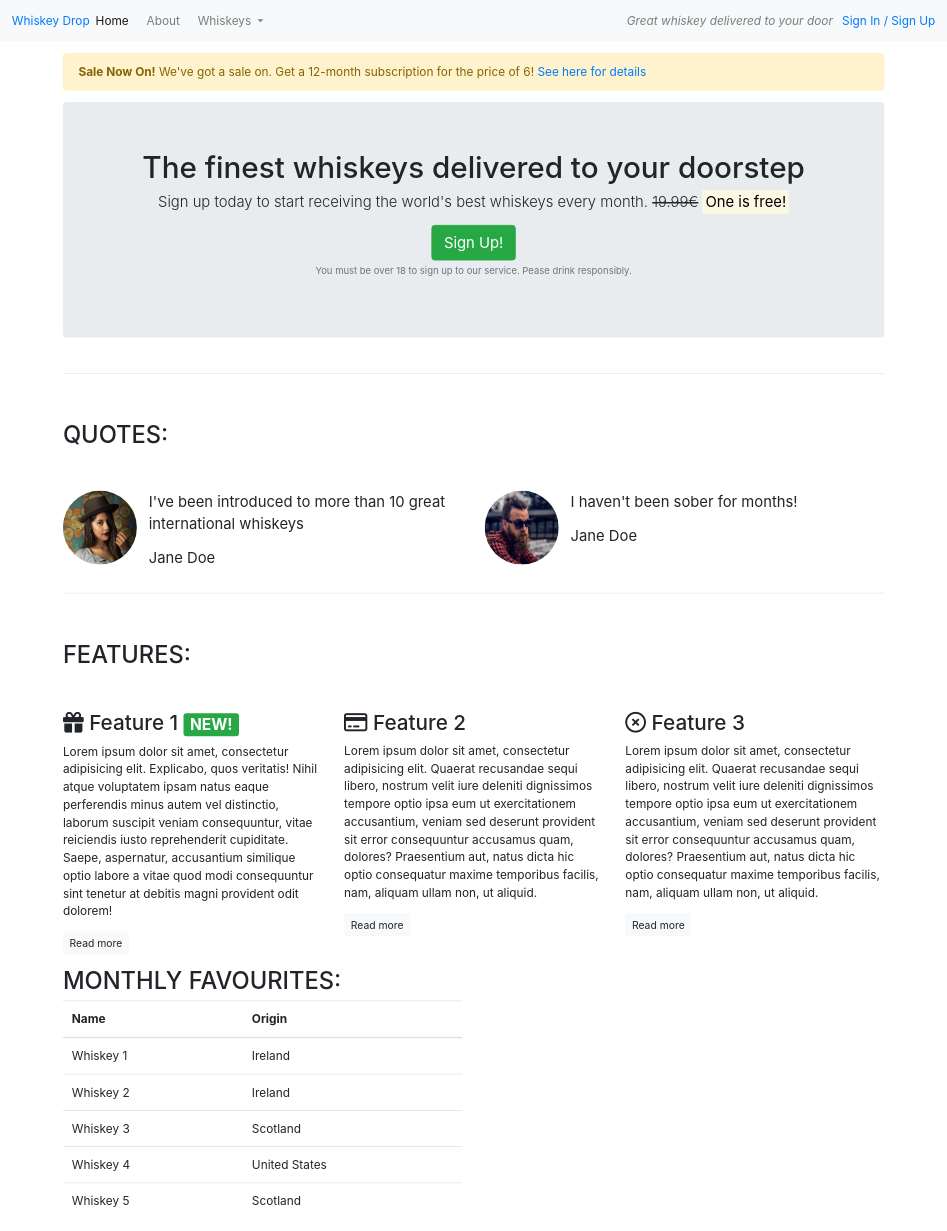
Repository: Sarani1612/whiskey-drop
Page: index.html
The author's editor kept a record of every edit. The page is drawn from the files as they stood at one moment, then again after the next edit.
The browser window is 1280 px wide. The pictures show the whole page, at 74% of full size.
Some web libraries are served in a nearby version.

Above is the page before.
Console error: TypeError: Cannot read properties of undefined (reading 'fn')

### index.html
<!DOCTYPE html>
<html lang="en">

<head>
    <meta charset="UTF-8">
    <meta name="viewport" content="width=device-width, initial-scale=1.0">
    <meta http-equiv="X-UA-Compatible" content="ie=edge">
    <link rel="stylesheet" href="https://stackpath.bootstrapcdn.com/bootstrap/4.3.1/css/bootstrap.min.css" integrity="sha384-ggOyR0iXCbMQv3Xipma34MD+dH/1fQ784/j6cY/iJTQUOhcWr7x9JvoRxT2MZw1T" crossorigin="anonymous">
    <script src="https://stackpath.bootstrapcdn.com/bootstrap/4.3.1/js/bootstrap.min.js" integrity="sha384-JjSmVgyd0p3pXB1rRibZUAYoIIy6OrQ6VrjIEaFf/nJGzIxFDsf4x0xIM+B07jRM" crossorigin="anonymous"></script>
    <script src="https://kit.fontawesome.com/f41741c87d.js"></script>
    <title>Whiskey Drop | Taste a new whiskey every month</title>
</head>

<body>
    <nav class="navbar navbar-light bg-light navbar-expand-sm">
        <a href="/" class="navar-brand">Whiskey Drop</a>
        <button class="navbar-toggler ml-auto" type="button" data-toggle="collapse" data-target="#navbarNavDropdown" aria-controls="navbarNavDropdown" aria-expanded="false" aria-label="Toggle navigation">
        <span class="navbar-toggler-icon"></span></button>
        <div class="collapse navbar-collapse" id="navbarNavDropdown">
            <ul class="navbar-nav mr-auto">
                <li class="active nav-item mr-2"><a class="nav-link" href="/">Home</a></li>
                <li class="nav-item mr-2"><a class="nav-link" href="">About</a></li>
                <li class="nav-item dropdown">
                    <a class="nav-link dropdown-toggle" href="#" id="navbarDropdownMenuLink" role="button" data-toggle="dropdown" aria-haspopup="true" aria-expanded="false">
          Whiskeys
        </a>
                    <div class="dropdown-menu" aria-labelledby="navbarDropdownMenuLink">
                        <a class="dropdown-item" href="#">Irish</a>
                        <a class="dropdown-item" href="#">Scotch</a>
                        <a class="dropdown-item" href="#">Japanese</a>
                        <a class="dropdown-item" href="#">American</a>
                    </div>

                </li>
                <li class="nav-item mr-2 d-block d-sm-none"><a class="nav-link" href="">Sign In / Sign Up</a></li>
            </ul>
        </div>
        <div class="d-none d-md-block">
            <p class="navbar-text my-auto mr-2"><i>Great whiskey delivered to your door</i></p>
            <a href="/login">Sign In / Sign Up</a>
        </div>
    </nav>
    <article class="container mt-3">
        <div class="row d-none d-sm-block">
            <div class="col-12">
                <div class="alert alert-warning">
                    <strong>Sale Now On!</strong> We've got a sale on. Get a 12-month subscription for the price of 6!
                    <a href="/">See here for details</a>
                </div>
            </div>
        </div>
        <!-- Callout -->
        <div class="row">
            <div class="col-12">
                <section class="callout jumbotron text-center">
                    <h1>The finest whiskeys delivered to your doorstep</h1>
                    <p class="lead">Sign up today to start receiving the world's best whiskeys every month.
                        <s class="d-none d-sm-inline">19.99€</s>
                        <span class="d-inline d-sm-none"><br></span>
                        <strong><mark>One is free!</mark></strong></p>
                    <button class="btn btn-success btn-lg" data-toggle="modal" data-target="#signUpModal">Sign Up!</button>
                    <p class="text-muted"><small>You must be over 18 to sign up to our service. Pease drink responsibly.</small></p>
                </section>
            </div>
        </div>
        <!-- /.Callout -->
        <hr>

        <!-- Quotes -->
        <section class="quotes">
            <div class="row">
                <div class="col-12 my-5">
                    <h2 class="text-uppercase">Quotes:</h2>
                </div>
            </div>
            <div class="row">
                <div class="col-12 col-md-6">
                    <div class="media">
                        <div class="d-none d-sm-block">
                            <img src="Images/girl-image.png" class="rounded-circle mr-3" height=100 width=100>
                        </div>
                        <div class="media-body">
                            <blockquote class="blockquote">
                                <p>I've been introduced to more than 10 great international whiskeys</p>
                                <p>Jane Doe</p>
                            </blockquote>
                        </div>
                    </div>
                </div>
                <div class="col-12 col-md-6">
                    <div class="media">
                        <div class="d-none d-sm-block">
                            <img src="Images/guy-image.png" class="rounded-circle mr-3" height=100 width=100>
                        </div>
                        <div class="media-body">
                            <blockquote class="blockquote">
                                <p>I haven't been sober for months!</p>
                                <p>Jane Doe</p>
                            </blockquote>
                        </div>
                    </div>
                </div>
            </div>
        </section>
        <!-- /.quotes -->
        <hr>

        <!-- Features -->
        <section class="features">
            <div class="row">
                <div class="col-12 my-5">
                    <h2 class="text-uppercase">Features:</h2>
                </div>
            </div>
            <div class="row">
                <div class="col-12 col-md-6 col-lg-4">
                    <div class="feature">
                        <h3><i class="fas fa-gift d-none d-sm-inline"></i> Feature 1 <span class="badge badge-success">NEW!</span></h3>
                        <p>Lorem ipsum dolor sit amet, consectetur adipisicing elit. Explicabo, quos veritatis! Nihil atque voluptatem ipsam natus eaque perferendis minus autem vel distinctio, laborum suscipit veniam consequuntur, vitae reiciendis iusto
                            reprehenderit cupiditate. Saepe, aspernatur, accusantium similique optio labore a vitae quod modi consequuntur sint tenetur at debitis magni provident odit dolorem!</p>
                        <p><a class="btn btn-sm btn-light" href="">Read more</a></p>
                    </div>
                </div>
                <div class="col-12 col-md-6 col-lg-4">
                    <div class="feature">
                        <h3><i class="far fa-credit-card d-none d-sm-inline"></i> Feature 2</h3>
                        <p>Lorem ipsum dolor sit amet, consectetur adipisicing elit. Quaerat recusandae sequi libero, nostrum velit iure deleniti dignissimos tempore optio ipsa eum ut exercitationem accusantium, veniam sed deserunt provident sit error consequuntur
                            accusamus quam, dolores? Praesentium aut, natus dicta hic optio consequatur maxime temporibus facilis, nam, aliquam ullam non, ut aliquid.</p>
                        <p><a class="btn btn-sm btn-light" href="">Read more</a></p>
                    </div>
                </div>
                <div class="col-12 d-md-none d-lg-block col-lg-4">
                    <div class="feature">
                        <h3><i class="far fa-times-circle d-none d-sm-inline"></i> Feature 3</h3>
                        <p>Lorem ipsum dolor sit amet, consectetur adipisicing elit. Quaerat recusandae sequi libero, nostrum velit iure deleniti dignissimos tempore optio ipsa eum ut exercitationem accusantium, veniam sed deserunt provident sit error consequuntur
                            accusamus quam, dolores? Praesentium aut, natus dicta hic optio consequatur maxime temporibus facilis, nam, aliquam ullam non, ut aliquid.</p>
                        <p><a class="btn btn-sm btn-light" href="">Read more</a></p>
                    </div>
                </div>
            </div>
        </section>
        <!-- /.Features -->

        <!-- Monthly Favourites -->
        <section>
            <div class="row">
                <div class="col-12">
                    <h2 class="text-uppercase">Monthly Favourites:</h2>
                </div>
            </div>
            <div class="row">
                <div class="col-6">
                    <table class="table">
                        <thead>
                            <tr>
                                <th scope="col">Name</th>
                                <th scope="col">Origin</th>
                            </tr>
                        </thead>
                        <tbody>
                            <tr>
                                <td>Whiskey 1</td>
                                <td>Ireland</td>
                            </tr>
                            <tr>
                                <td>Whiskey 2</td>
                                <td>Ireland</td>
                            </tr>
                            <tr>
                                <td>Whiskey 3</td>
                                <td>Scotland</td>
                            </tr>
                            <tr>
                                <td>Whiskey 4</td>
                                <td>United States</td>
                            </tr>
                            <tr>
                                <td>Whiskey 5</td>
                                <td>Scotland</td>
                            </tr>
                        </tbody>
                    </table>
                </div>
            </div>
        </section>
    </article>

    <div class="modal" tabindex="-1" role="dialog" id="signUpModal">
        <div class="modal-dialog" role="document">
            <div class="modal-content">
                <div class="modal-header">
                    <h5 class="modal-title">Sign up to Whiskey Drop!</h5>
                    <button type="button" class="close" data-dismiss="modal" aria-label="Close">
          <span aria-hidden="true">&times;</span>
        </button>
                </div>
                <div class="modal-body">
                    <form>
                        <div class="form-group">
                            <label for="exampleInputEmail1">Email address</label>
                            <input type="email" class="form-control" id="exampleInputEmail1" aria-describedby="emailHelp" placeholder="Enter email">
                            <small id="emailHelp" class="form-text text-muted">We'll never share your email with anyone else.</small>
                        </div>
                        <div class="form-group">
                            <label for="password">Password</label>
                            <input type="password" class="form-control" id="password" placeholder="Password">
                        </div>
                        <div class="form-group">
                            <label for="repeatPassword">Repeat password</label>
                            <input type="password" class="form-control" id="repeatPassword" placeholder="Repeat password">
                        </div>
                        <button type="submit" class="btn btn-success">Submit</button>
                    </form>
                </div>
            </div>
        </div>
    </div>

    <script src="https://code.jquery.com/jquery-3.3.1.slim.min.js" integrity="sha384-q8i/X+965DzO0rT7abK41JStQIAqVgRVzpbzo5smXKp4YfRvH+8abtTE1Pi6jizo" crossorigin="anonymous"></script>
    <script src="https://cdnjs.cloudflare.com/ajax/libs/popper.js/1.14.7/umd/popper.min.js" integrity="sha384-UO2eT0CpHqdSJQ6hJty5KVphtPhzWj9WO1clHTMGa3JDZwrnQq4sF86dIHNDz0W1" crossorigin="anonymous"></script>
    <script src="https://stackpath.bootstrapcdn.com/bootstrap/4.3.1/js/bootstrap.min.js" integrity="sha384-JjSmVgyd0p3pXB1rRibZUAYoIIy6OrQ6VrjIEaFf/nJGzIxFDsf4x0xIM+B07jRM" crossorigin="anonymous"></script>
</body>

</html>

### css/main.css
body {
    font-family: 'Roboto', sans-serif;
}

.alert-container {

}

.callout-container {
    height: 100vh;
}

.quotes-container {

}

.features-container {

}

After the next edit:
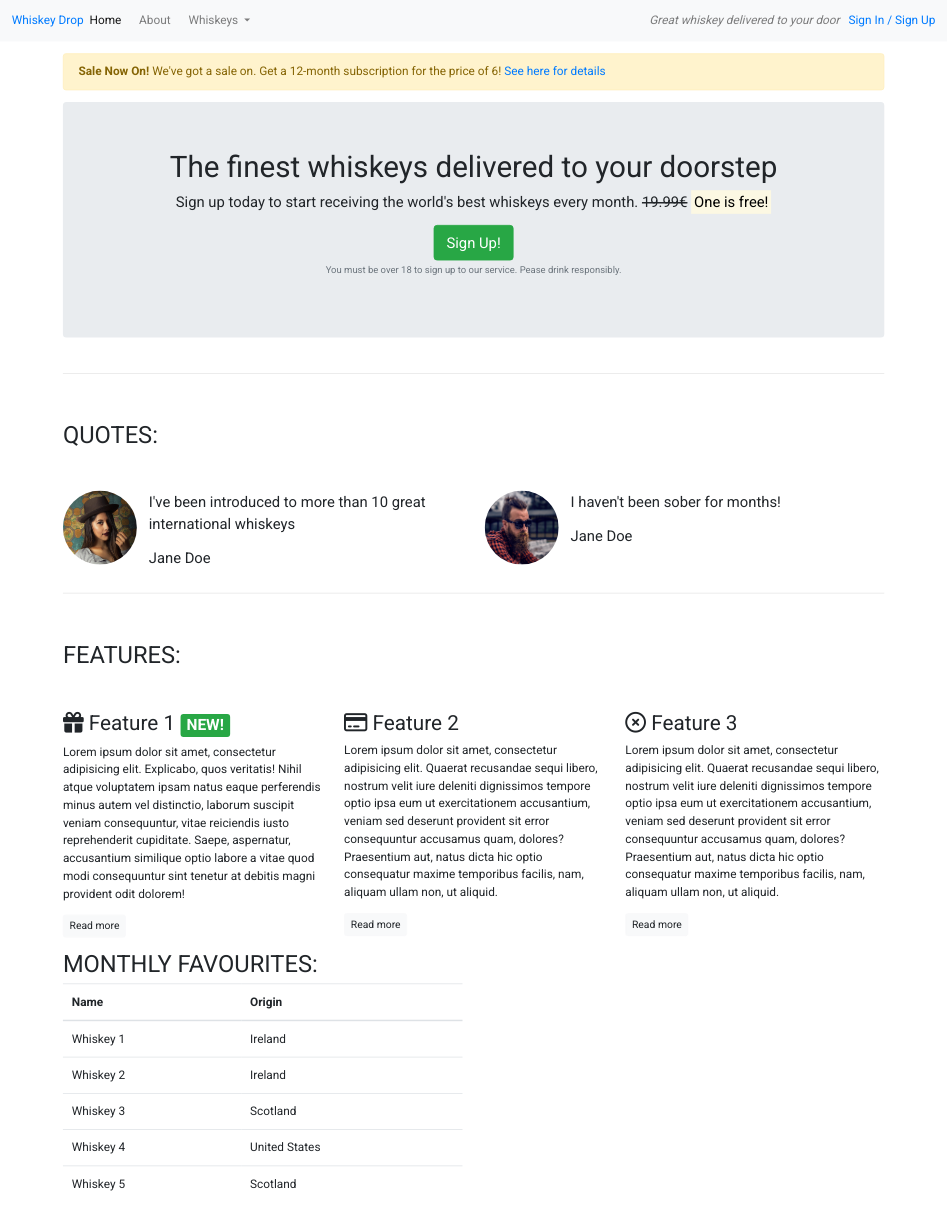
The edit:
--- a/index.html
+++ b/index.html
@@ -8,6 +8,8 @@
     <link rel="stylesheet" href="https://stackpath.bootstrapcdn.com/bootstrap/4.3.1/css/bootstrap.min.css" integrity="sha384-ggOyR0iXCbMQv3Xipma34MD+dH/1fQ784/j6cY/iJTQUOhcWr7x9JvoRxT2MZw1T" crossorigin="anonymous">
     <script src="https://stackpath.bootstrapcdn.com/bootstrap/4.3.1/js/bootstrap.min.js" integrity="sha384-JjSmVgyd0p3pXB1rRibZUAYoIIy6OrQ6VrjIEaFf/nJGzIxFDsf4x0xIM+B07jRM" crossorigin="anonymous"></script>
     <script src="https://kit.fontawesome.com/f41741c87d.js"></script>
+    <link href="https://fonts.googleapis.com/css?family=Roboto:400,700&display=swap" rel="stylesheet">
+    <link rel="stylesheet" href="css/main.css" type="text/css" />
     <title>Whiskey Drop | Taste a new whiskey every month</title>
 </head>
 
